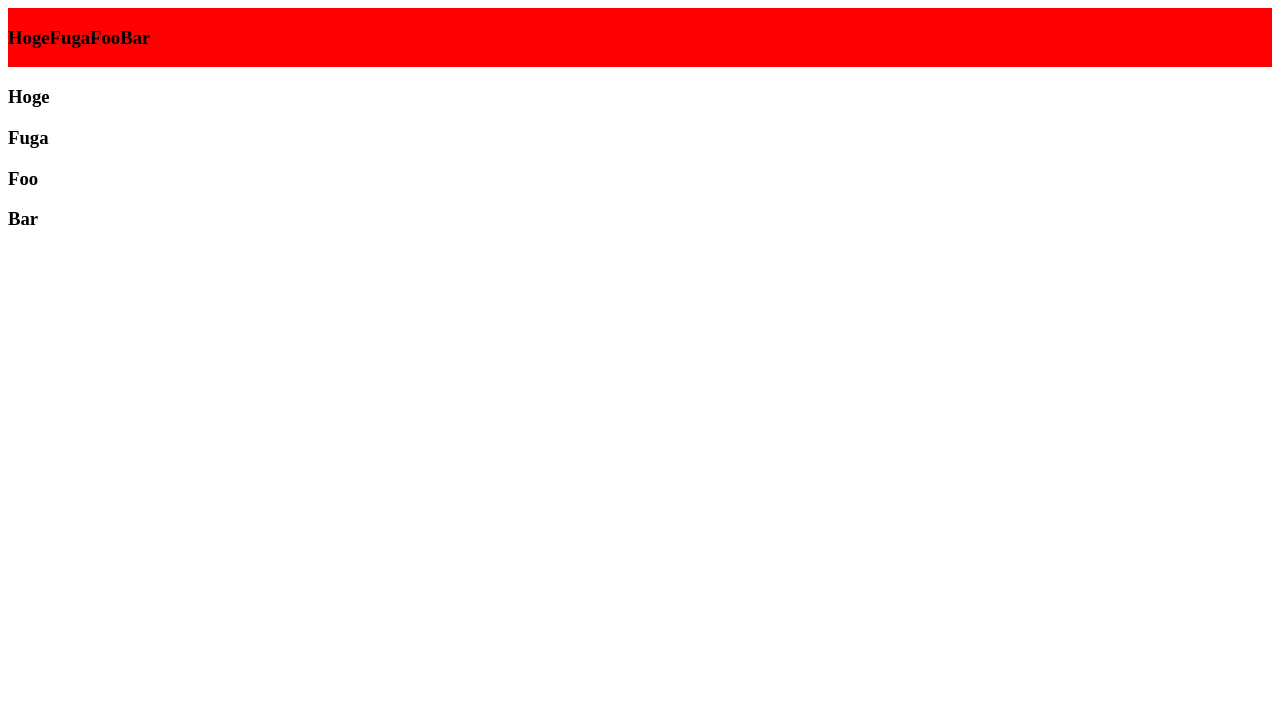
Repository: weld0814/samurai_HTML-css
Page: lesson14_flex.html
The author's editor kept a record of every edit. The page is drawn from the files as they stood at one moment, then again after the next edit.
The browser window is 1280 px wide. The pictures show the whole page.

Above is the page before.

### lesson14_flex.html
<!DOCTYPE html>
<html lang="ja">
<head>
    <meta charset="UTF-8">
    <style>
        #sort {
            display: flex;
            flex-direction: row;
            background-color: red;
        }

        #reberse {
            display: flex;
            flex-direction: row-reverse;
            background-color: yellow;
        }

        #column {
            display: flex;
            flex-direction: column;
            background-color: blue;
        }

        #column-reverse {
            display: flex;
            flex-direction: column-reverse;
            background-color: green;
        }

    </style>
</head>
<body>
    <div id="sort">
        <h3>Hoge</h3>
        <h3>Fuga</h3>
        <h3>Foo</h3>
        <h3>Bar</h3>
    </div>

    <div id="reverse">
        <h3>Hoge</h3>
        <h3>Fuga</h3>
        <h3>Foo</h3>
        <h3>Bar</h3>
    </div>

</body>
</html>

After the next edit:
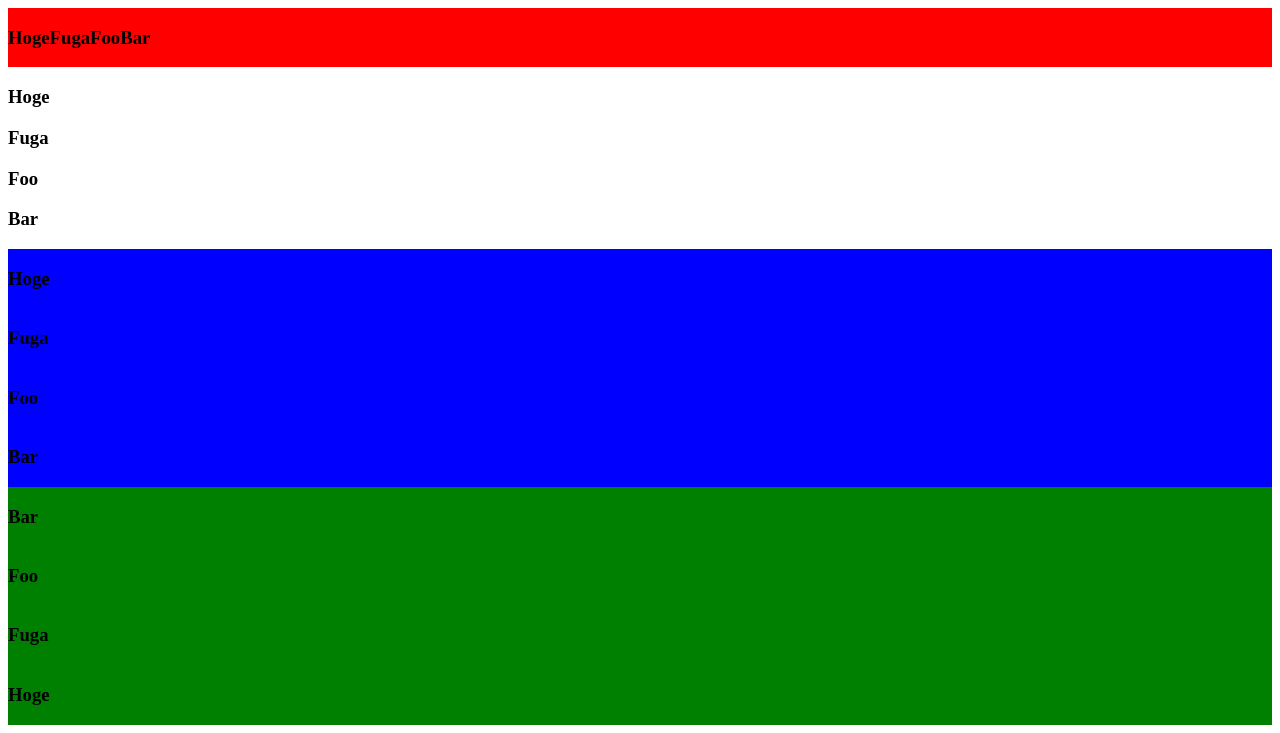
The edit:
--- a/lesson14_flex.html
+++ b/lesson14_flex.html
@@ -44,5 +44,18 @@
         <h3>Bar</h3>
     </div>
 
+    <div id="column">
+        <h3>Hoge</h3>
+        <h3>Fuga</h3>
+        <h3>Foo</h3>
+        <h3>Bar</h3>
+    </div>
+
+    <div id="column-reverse">
+        <h3>Hoge</h3>
+        <h3>Fuga</h3>
+        <h3>Foo</h3>
+        <h3>Bar</h3>
+    </div>
 </body>
 </html>
